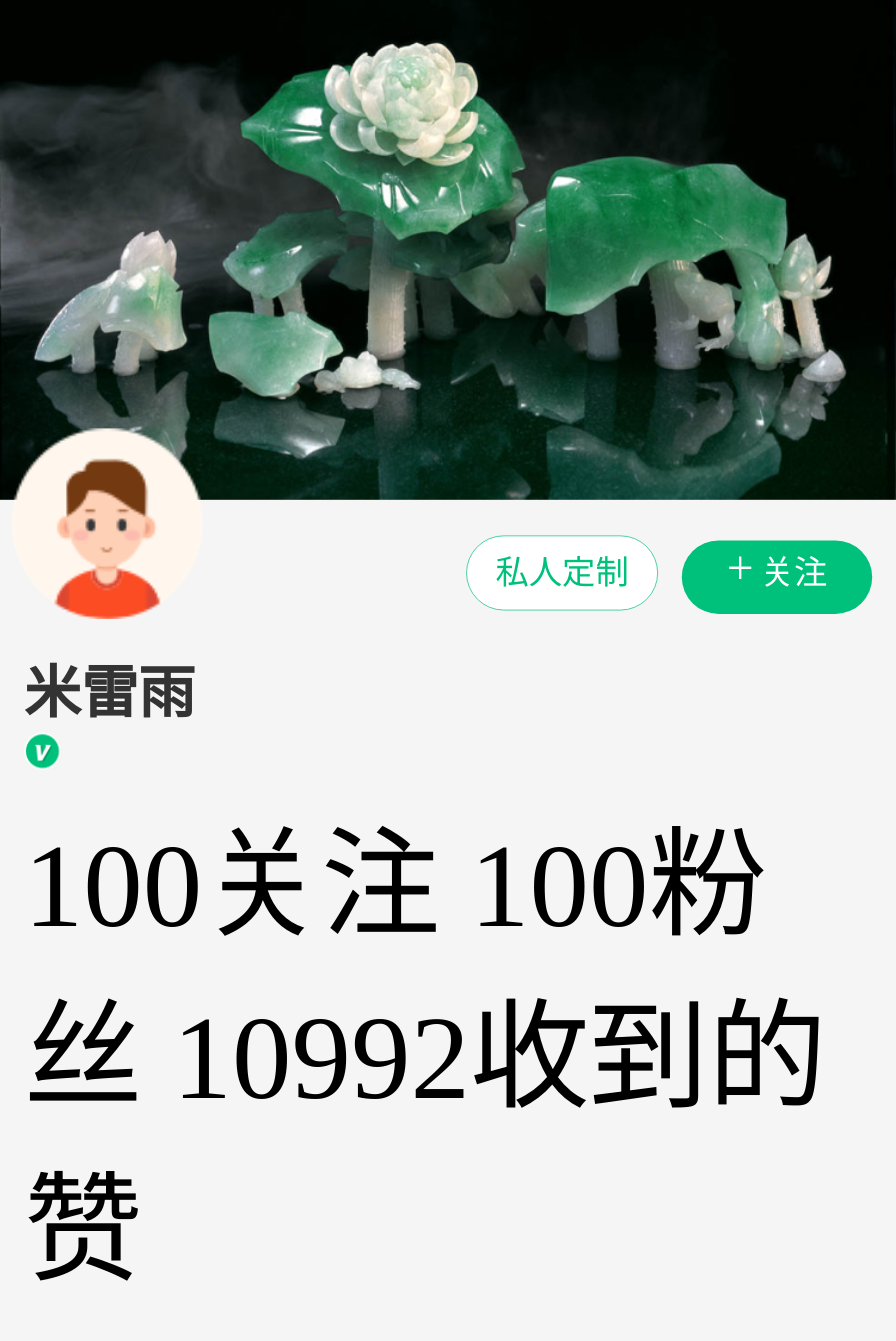
Repository: 1yanglulu/-
Page: html/jadecarvemaincenter.html
These files come from the project's save history. The page is drawn as it stood at one moment and after the next save; the edit follows.
The browser window is 1280 px wide. The pictures show the whole page, at 70% of full size.

Above is the page before, as saved 2020-01-07 14:19:32.

After the next save:
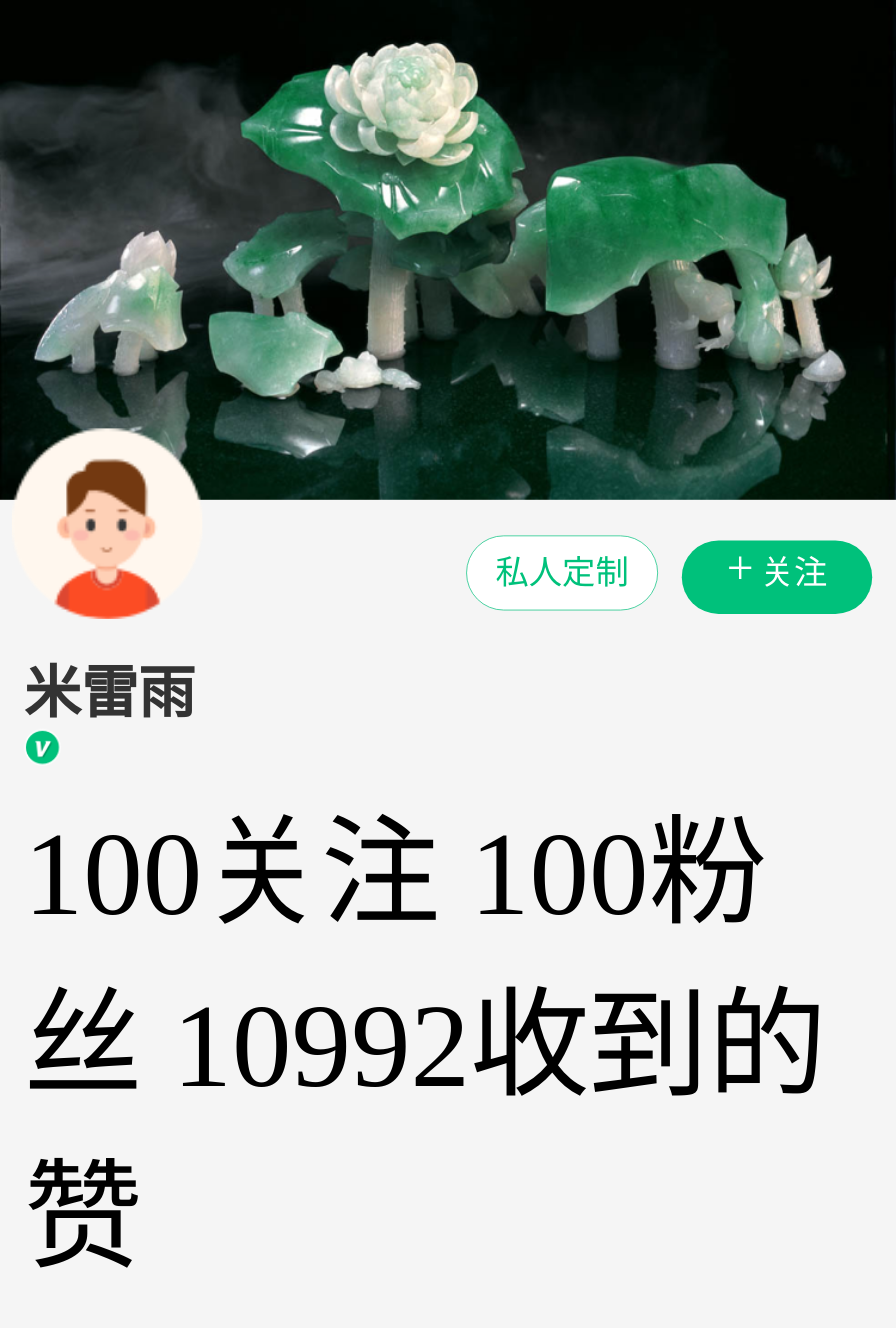
Saved 16 s later.
--- a/css/jadecarvemaincenter.css
+++ b/css/jadecarvemaincenter.css
@@ -64,7 +64,6 @@
 .jade-introduce{
   font-size: .32rem;
   color: #000000;
-  line-height: .5rem;
 }
 .vip-icon{
   width: .32rem;
